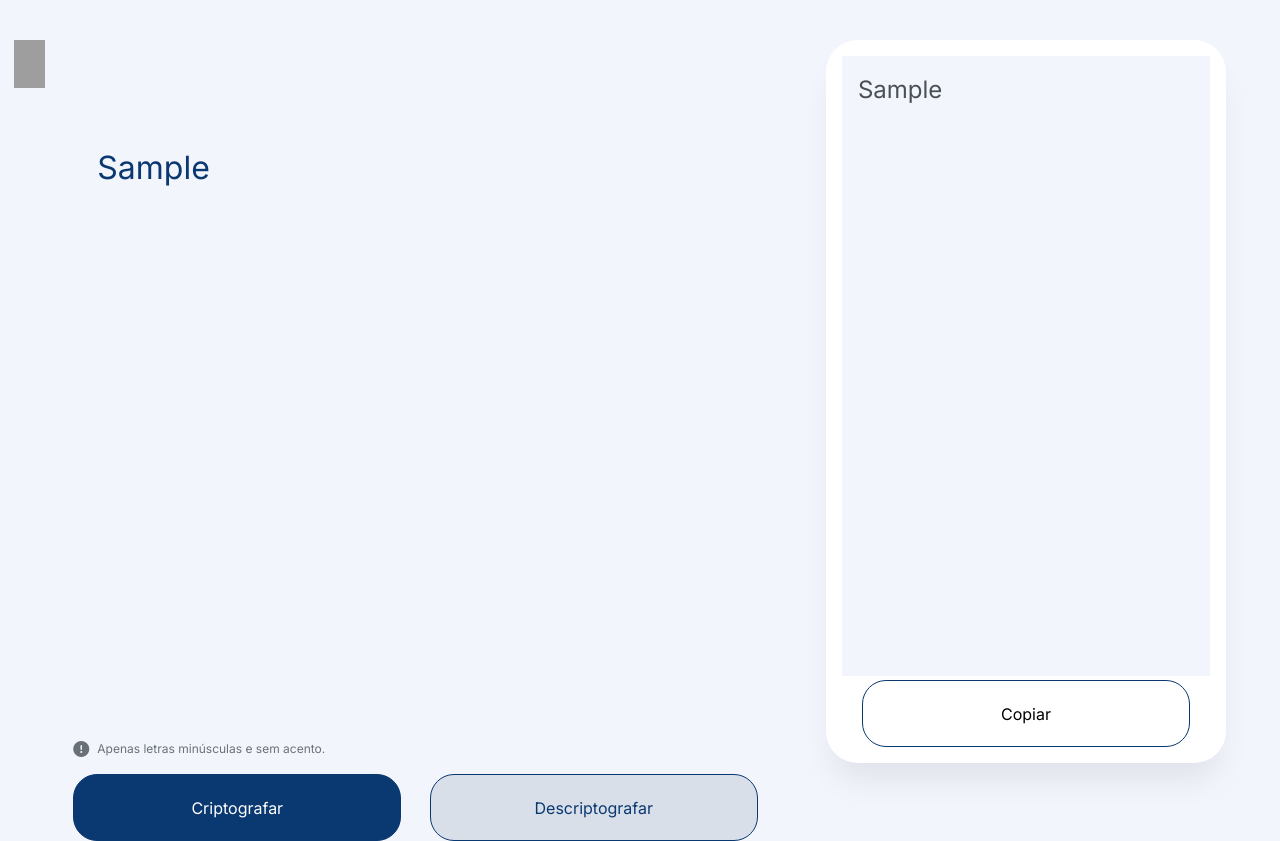
Repository: CarlosEduardoVdeOliveira/descodificador-de-texto
Page: index.html
These files come from the project's save history. The page is drawn as it stood at one moment and after the next save; the edit follows.
The browser window is 1280 px wide. The pictures show the whole page.
Empty fields were first filled with sample values (such as "Sample", 5 or name@example.com).
After loading, the first visible `button.button-cryptography` was clicked once.
Pictures or frames that could not be fetched are drawn as grey boxes.

Above is the page before, as saved 2023-04-13 14:10:20.

### index.html
<!DOCTYPE html>
<html lang="en">
<head>
   <meta charset="UTF-8">
   <link rel="preconnect" href="https://fonts.googleapis.com">
   <link rel="preconnect" href="https://fonts.gstatic.com" crossorigin>
   <meta http-equiv="X-UA-Compatible" content="IE=edge">
   <meta name="viewport" content="width=device-width, initial-scale=1.0">
   <link href="https://fonts.googleapis.com/css2?family=Inter:wght@400;700&display=swap" rel="stylesheet">
   <link rel="stylesheet" href="https://cdnjs.cloudflare.com/ajax/libs/font-awesome/6.4.0/css/all.min.css" integrity="sha512-iecdLmaskl7CVkqkXNQ/ZH/XLlvWZOJyj7Yy7tcenmpD1ypASozpmT/E0iPtmFIB46ZmdtAc9eNBvH0H/ZpiBw==" crossorigin="anonymous" referrerpolicy="no-referrer" />
   <link rel="stylesheet" href="/public/styles/reset.css">
   <link rel="stylesheet" href="/public/styles/index.css">
   <link rel="stylesheet" href="/public/styles/tablet.css">
   <link rel="stylesheet" href="/public/styles/mobile.css">
   <title>Decodificador</title>
</head>
<body>
   <main>
      <img src="/public/images/imageLogo2.png"
         alt="letra a da logo da escola de programação Alura">
      <div class="highlight">
         <textarea placeholder="Digite seu texto" autofocus></textarea>
         <div class="info">
            <span>
               <i class="fa-solid fa-circle-exclamation"></i>
               Apenas letras minúsculas e sem acento.
            </span>
            <div class="info-group-button">
               <button class="button-cryptography">Criptografar</button>
               <button class="button-decryption">Descriptografar</button>
            </div>
         </div>
      </div>
      <div class="text-cryption">
         <img src="/public/images/imageHighLight.svg" alt="">
         <div>
            <h2>Nenhuma mensagem encontrada</h2>
            <p>
               Digite um texto que você deseja criptografar ou descriptografar.
            </p>
         </div>
         <button class="button-copy-cryption btn-display-none" >Copiar</button>
      </div>
   </main>
   <script src="/public/scripts/index.js"></script>
</body>
</html>

### public/styles/reset.css
:root{
   --light-gray: #D8DFE8;
   --gray-100: #CED4DA;
   --gray-200: #ADB5BD;
   --gray-300: #868E96;
   --gray-400: #495057;
   --gray-500: #343A40;
   --light-blue-100: #F3F5FC;
   --light-blue-200: #EFF1FA;
   --light-blue-300: #E9ECF8;
   --light-blue-400: #AAB2D5;
   --light-blue-500: #757FB2;
   --dark-blue-100: #609ED4;
   --dark-blue-200: #356EA9;
   --dark-blue-300: #0A3871;
   --dark-blue-400: #072B61;
   --dark-blue-500: #052051;
}
*{
   margin: 0;
   padding: 0;
   box-sizing: border-box;
}

html, input, textarea, button{
   background-color: var(--light-blue-100);
   font-family:  'Inter', sans-serif;
   font-size: 1rem;
   -webkit-font-smoothing: antialiased;
   -moz-osx-font-smoothing: grayscale;
}

### public/styles/index.css
body{
   background-color: var(--light-blue-100);
}
img{
   width: 1.943rem;
   height: 3rem;
   margin-top: 2.5rem;
}
main {
   display: flex;
   justify-content: space-around;
   align-items: self-start;
   margin: 0 auto;
}
.highlight{
   display: flex;
   flex-direction: column;
   margin-top: 7.5rem;
}
textarea{
   width: 100%;
   height: calc(100vh - 100px);
   font-size: 32px;
   line-height: 150%;
   background-color: var(--light-blue-100);
   color: var(--dark-blue-300);
   border: none;
   resize: none;
   margin: 0 auto;
   padding: 1.5rem;
}
textarea:focus{
   outline: 0;
}

textarea::placeholder{
   color: var(--dark-blue-300);
}
span{
   display: flex;
   align-items: center;
   font-size: 12px;
   color: var(--gray-400);
   line-height: 150%;
   opacity: 0.8;
   margin-bottom: 1rem;
}
i{
   color: var(--gray-400);
   margin-right: 0.5rem;
   font-size: 1rem;
}

button{
   padding: 1.5rem;
   width: 328px;
   height: 67px;
   border-radius: 1.5rem;
   cursor: pointer;
   font-size: 1rem;
   line-height: 19px;
   border: 1px solid var(--dark-blue-300);
   transition: all .2s;
}
.info{
   background-color: var(--light-blue-100);
}
.info .button-cryptography{
   background-color: var(--dark-blue-300);
   color: white;
   margin-right: 1.5rem;
}
.info .button-cryptography:hover{
   background-color: var(--dark-blue-400);
}
.info .button-decryption{
   background: var(--light-gray);
   color: var(--dark-blue-300);
}
.info .button-decryption:hover{
   background-color: var(--light-blue-200);
}
.text-cryption{
   width: 25rem;
   margin: 2.5rem;
   padding: 15rem 2rem;
   text-align: center;
   background-color: white;
   /* shadow */
   box-shadow: 0px 24px 32px -8px rgba(0, 0, 0, 0.08);
   border-radius: 32px;
}
.text-cryption img{
   width: 21rem;
   height: 19rem;
}
.text-cryption div{
   display: flex;
   flex-direction: column;

   margin-top: 2rem;
   padding: 0px;
   gap: 16px;
}

textarea.textarea-output{
   font-size: 1.5rem;
   color: var(--gray-400);
   height: calc(100vh - 100px);
   padding: 1rem;
}
.text-cryption-whit-text{
   padding: 1rem;
}

.button-copy-cryption{
   background-color: white;
}
.button-copy-cryption:hover{
   background-color: var(--light-blue-200);
}
.btn-display-none{
   display: none;
}

### public/styles/tablet.css
@media (max-width: 768px) {
   main{
      display: block;
   }
   img{
      margin: 1rem;
   }
   .textarea-input{
      margin: 0 auto;
   }
   .info{
      display: flex;
      flex-direction: column;
      margin: 0 auto;
   }
   .text-cryption{
      width: 43rem;
      height: 8.313rem;
      padding: 0;
      margin: 1.5rem auto;
   }
   .text-cryption img{
      display: none;
   }
}

### public/styles/mobile.css
@media (max-width: 375px) {
   img{
      margin: 1rem;
   }
   .info{
      margin: 0 auto;
   }
   .info-group-button{
      display: flex;
      flex-direction: column;
   }
   .info-group-button .button-cryptography{
      margin-bottom: 1.5rem;
   }
   .text-cryption{
      width: 20.438rem;
      height: 11.625rem;
      padding: 0;
      margin: 1.5rem auto;
   }
}

### public/scripts/index.js
const elementTextarea = document.querySelector("textarea");
const areaCryption = document.querySelector(".text-cryption");
const buttonCryptography = document.querySelector(".button-cryptography");
const buttonDecryption = document.querySelector(".button-decryption");

function alterTextCryptionArea(){
   const textareaValue = elementTextarea.value;

   if ( textareaValue !== '') {
      areaCryption.classList.add("text-cryption-whit-text")
      areaCryption.innerHTML = `
      <textarea class="textarea-output" disabled>${textareaValue}</textarea>
      <button class="button-copy-cryption">Copiar</button>
      `;
   }
}
const buttonCopy = document.querySelector(".button-copy-cryption");

function copyText(){
   /* const text = document.querySelector(".textarea-output").select(); */
   alert("OK")
}
buttonCryptography.onclick = alterTextCryptionArea;
buttonDecryption.onclick = alterTextCryptionArea;
buttonCopy.onclick = copyText;

After the next save:
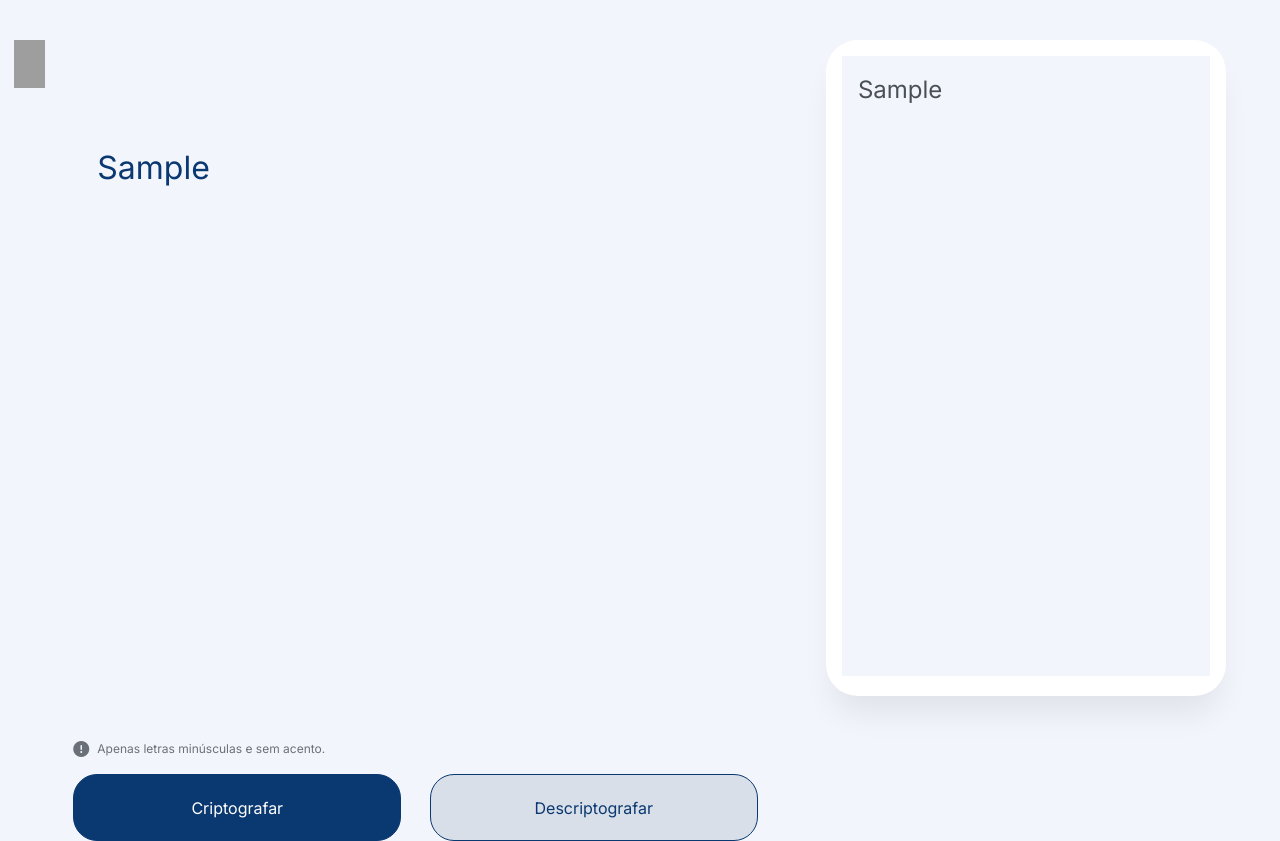
Saved 62 s later.
--- a/public/scripts/index.js
+++ b/public/scripts/index.js
@@ -2,6 +2,7 @@ const elementTextarea = document.querySelector("textarea");
 const areaCryption = document.querySelector(".text-cryption");
 const buttonCryptography = document.querySelector(".button-cryptography");
 const buttonDecryption = document.querySelector(".button-decryption");
+const buttonCopy = document.querySelector(".button-copy-cryption");
 
 function alterTextCryptionArea(){
    const textareaValue = elementTextarea.value;
@@ -10,11 +11,11 @@ function alterTextCryptionArea(){
       areaCryption.classList.add("text-cryption-whit-text")
       areaCryption.innerHTML = `
       <textarea class="textarea-output" disabled>${textareaValue}</textarea>
-      <button class="button-copy-cryption">Copiar</button>
       `;
+      buttonCopy.classList.remove('btn-display-none')
    }
 }
-const buttonCopy = document.querySelector(".button-copy-cryption");
+
 
 function copyText(){
    /* const text = document.querySelector(".textarea-output").select(); */
